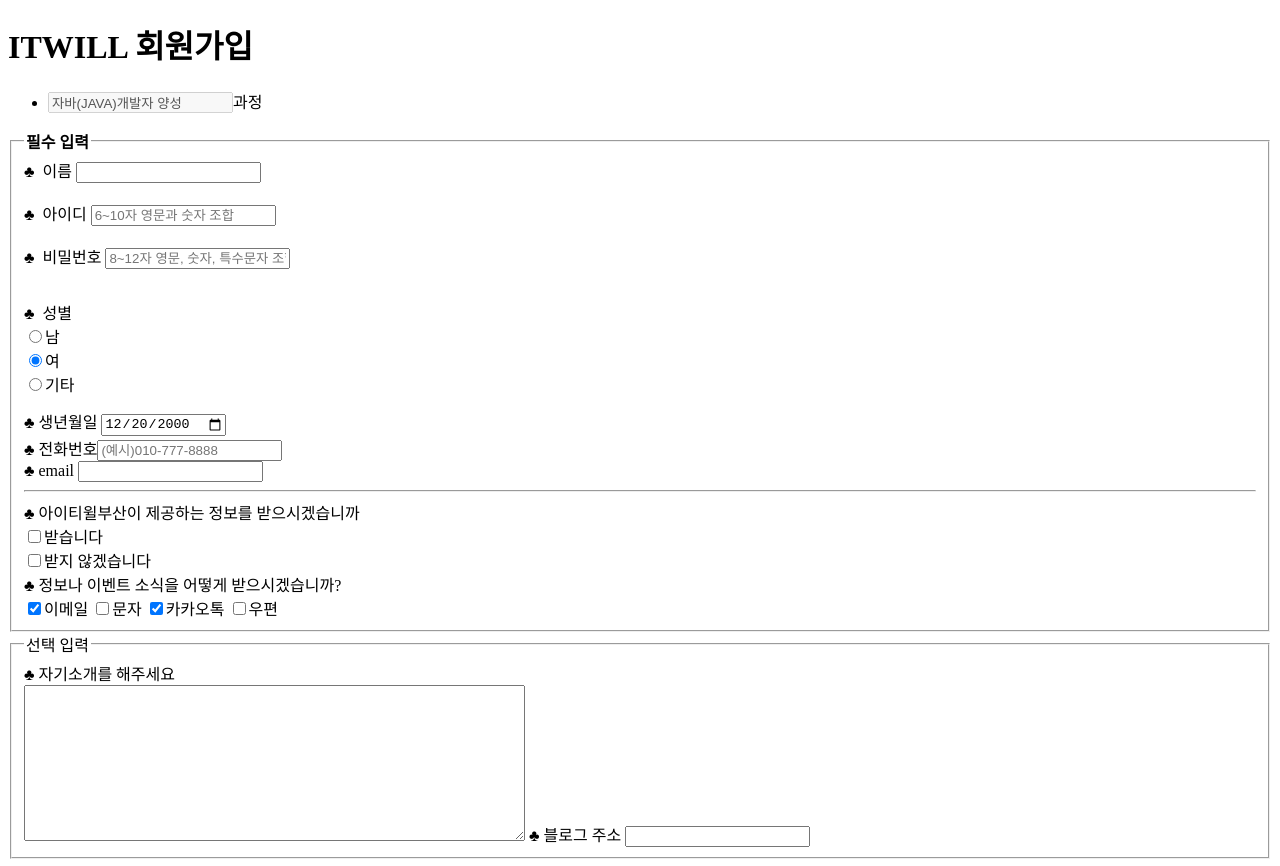
Repository: ReadStar/Web
Page: Html/html5/WebContent/form-test.html
These files come from the project's save history. The page is drawn as it stood at one moment and after the next save; the edit follows.
The browser window is 1280 px wide. The pictures show the whole page.

Above is the page before, as saved 2020-08-13 11:52:43.

After the next save:
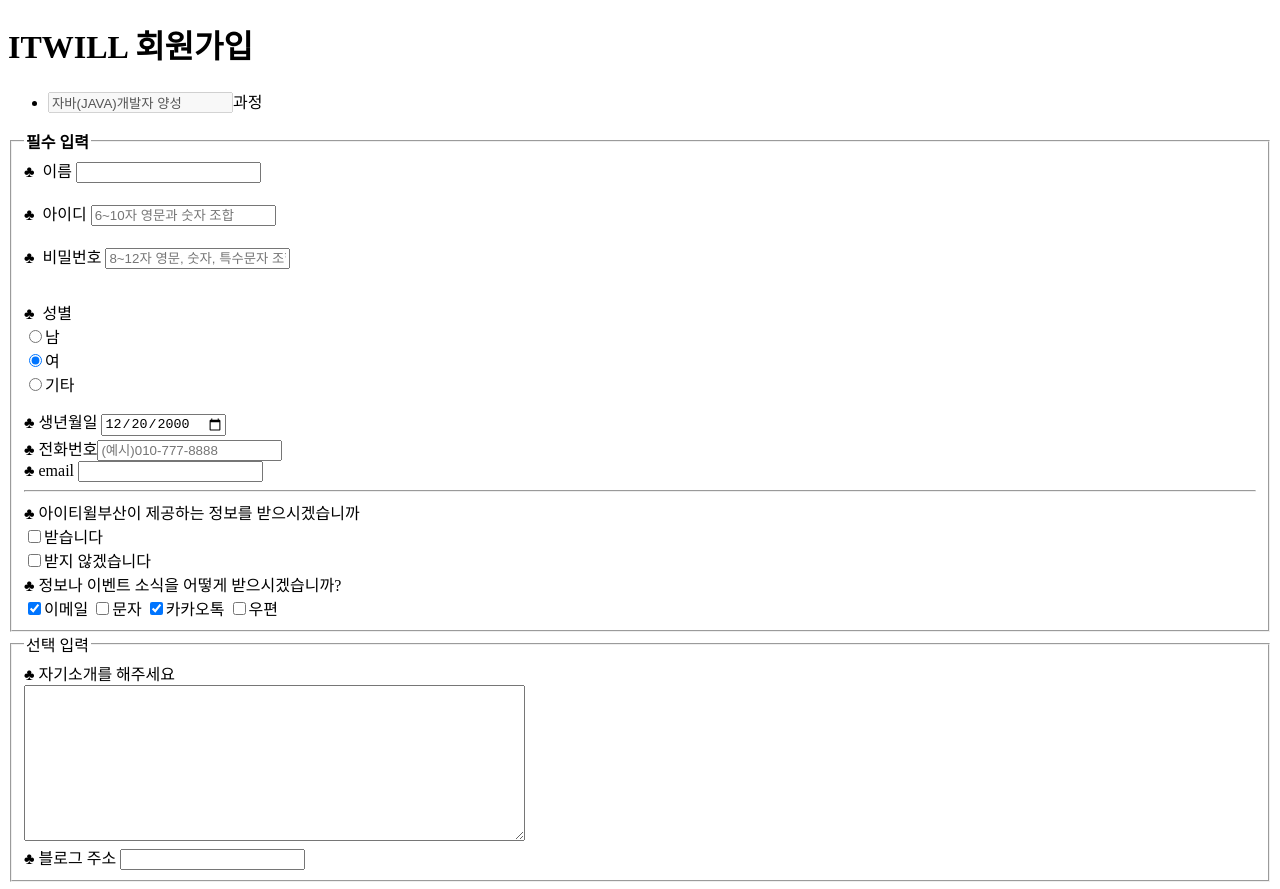
Saved 8 s later.
--- a/Html/html5/WebContent/form-test.html
+++ b/Html/html5/WebContent/form-test.html
@@ -36,7 +36,7 @@
 <fieldset>
 <legend>선택 입력</legend>
 <b>♣</b>&nbsp;자기소개를 해주세요<br>
-<textarea cols="60" rows="10"></textarea>
+<textarea cols="60" rows="10"></textarea><br>
 <b>♣</b>&nbsp;블로그 주소 <input type="url">
 
 </fieldset>
